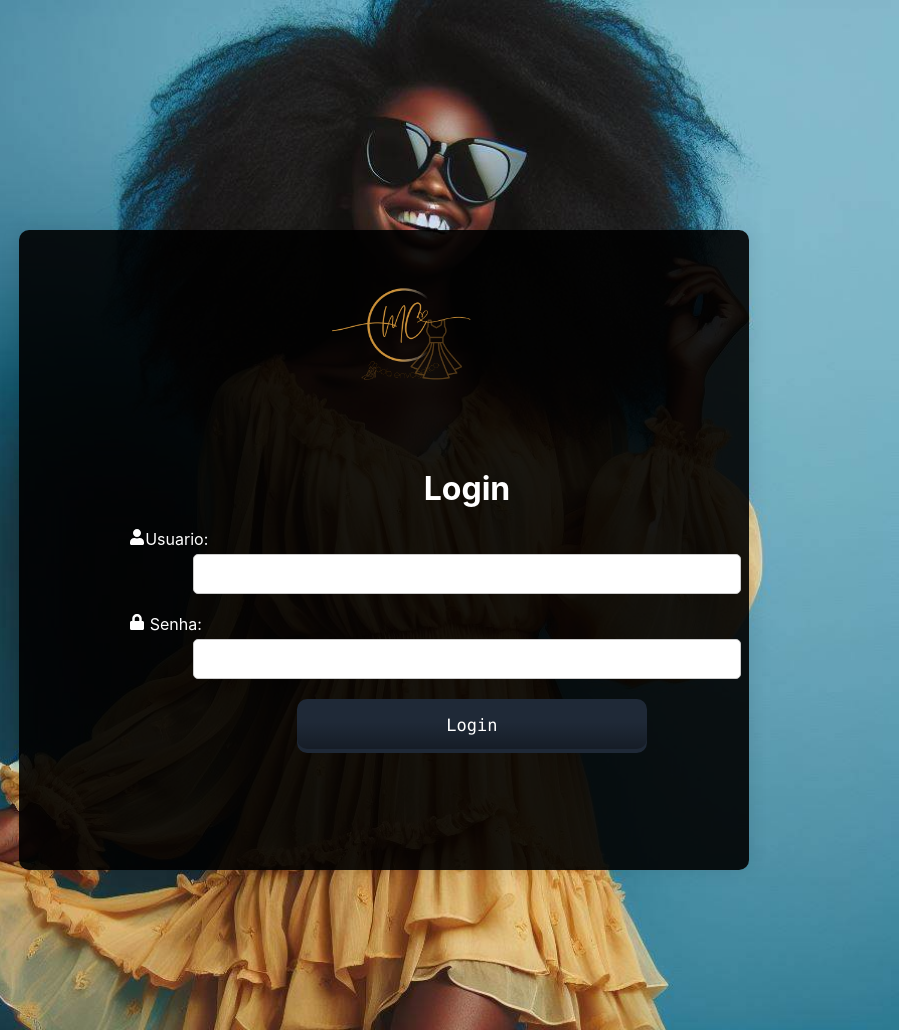
Repository: Mixchelle/ecommerce-moda-evangelica
Page: /login-admin
These files come from the project's save history. The page is drawn as it stood at one moment and after the next save; the edit follows.
The browser window is 768 px wide. The page is 915 px wide, then 817 px, so the pictures cover 915 px, including what lies to the right of the window. The pictures show the whole page.
The project was rebuilt for these pictures with package versions that can differ from the ones it lists, and the page was loaded fresh each time. Also part of the build but not shown: src/components/Header.js, src/components/CategoriesFilter.js, src/pages/Home.js, src/pages/Login.js, src/pages/Admin.js, src/pages/Cart.js.

Above is the page before, as saved 2024-04-29 22:31:48.

### src/App.js
import React from 'react';
import { BrowserRouter as Router, Routes, Route } from 'react-router-dom';
import './App.css';
import Home from './pages/Home';
import Login from './pages/Login';
import LoginAdmin from './pages/LoginAdmin';
import Admin from './pages/Admin';
import Cart from './pages/Cart';

function App() {
  return (
    <Router>
      <div className="App">
        <Routes>
          <Route exact path="/" element={<Home />} />
          <Route path="/login" element={<Login />} />
          <Route path="/login-admin" element={<LoginAdmin />} />
          <Route path="/admin" element={<Admin />} />
          <Route path="/cart" element={<Cart />} />
        </Routes>
      </div>
    </Router>
  );
}

export default App;

### src/pages/LoginAdmin.jsx
import React, { useState } from 'react';
import { FaUser, FaLock } from 'react-icons/fa';
import '../style/Login.css';
import logo from '../assets/logo-sem-fundo.png';

const LoginAdmin = () => {

    const [username, setUsername] = useState('');
    const [password, setPassword] = useState('');
    // Usando o hook useWebSocket para receber dados do WebSocket

    const handleSubmit = async (e) => {
      e.preventDefault();
      try {

      } catch (error) {

      }
    };


    return (
      <div className="login-container">
        <div className="image-container">
          <img src={logo} alt="Logo da Empresa" />
        </div>
        <div className="form-container">
          <h1>Login</h1>
          <form onSubmit={handleSubmit}>
            <div className="form-group">
              <label htmlFor="username">
                <FaUser />
                Usuario:
              </label>
              <input
                type="text"
                id="username"
                name="username"
                value={username}
                onChange={(e) => setUsername(e.target.value)}
              />
            </div>
            <div className="form-group">
              <label htmlFor="password">
                <FaLock /> Senha:
              </label>
              <input
                type="password"
                id="password"
                name="password"
                value={password}
                onChange={(e) => setPassword(e.target.value)}
              />
            </div>
            <button type="submit">
              <span className="transition"></span>
              <span className="gradient"></span>
              <span className="label">Login</span>
            </button>
          </form>
        </div>
      </div>
    );
  };

  export default LoginAdmin;

### src/style/Login.css
body {
  background-image: url('../assets/OIG2.3KeraQGUKquJ4o.jpeg');
  background-size: cover;
  background-repeat: no-repeat;
  background-position: center;
  height:100vh;
  margin: 0;
  padding: 0;
}

.login-container {
  margin-top: 15%;
  margin-bottom: auto;
  margin-left: auto;
  margin-right: auto;
  display: flex;
  width: 80%;
  justify-content: center;
  align-items: center;
  background-color: rgba(0, 0, 0, 0.9);
  border-radius: 10px;
  box-shadow: 0 0 20px rgba(0, 0, 0, 0.1);
}

.image-container {
  flex: 1;
}

.image-container img {
  max-width: 100%;
  flex: 1;
  padding: 20px;
}

.form-container {
  flex: 1;

  margin-right: 40px;
}

.form-container h1 {
  color: #fff;
  text-align: center;

}

.form-group {
  margin-bottom: 20px;
  text-align: center;
  color: #fff;
  justify-content: center;
}

.form-group label {
  display: block;
  margin-bottom: 5px;
  text-align: left;
  margin-left: 100px;
  color: #fff;
}

.form-group input {
  width: 60%;
  padding: 10px;
  font-size: 16px;
  border: 1px solid #ccc;
  border-radius: 5px;
  outline: none;

}

button {
  width: 40%;
  padding: 10px;
  font-size: 18px;
  color: #fff;
  background-color: #007bff; /* Azul moderno */
  border: none;
  border-radius: 5px;
  cursor: pointer;
  outline: none;
  transition: background-color 0.3s ease;
  margin-left: 10px;
}

button:hover {
  background-color: #0056b3; /* Azul mais escuro ao passar o mouse */
}

button {
  font-family: ui-monospace, SFMono-Regular, Menlo, Monaco, Consolas,
    'Liberation Mono', 'Courier New', monospace;
  font-size: 17px;
  padding: 1em 2.7em;
  font-weight: 500;
  background: #1f2937;
  color: white;
  border: none;
  position: relative;
  overflow: hidden;
  border-radius: 0.6em;
  cursor: pointer;
  text-align: center;
}

.gradient {
  position: absolute;
  width: 100%;
  height: 100%;
  left: 0;
  top: 0;
  border-radius: 0.6em;
  margin-top: -0.25em;
  background-image: linear-gradient(
    rgba(0, 0, 0, 0),
    rgba(0, 0, 0, 0),
    rgba(0, 0, 0, 0.3)
  );
}

.label {
  position: relative;
  top: -1px;
}

.transition {
  transition-timing-function: cubic-bezier(0, 0, 0.2, 1);
  transition-duration: 500ms;
  background-color: rgba(16, 185, 129, 0.6);
  border-radius: 9999px;
  width: 0;
  height: 0;
  position: absolute;
  left: 50%;
  top: 50%;
  transform: translate(-50%, -50%);
}

button:hover .transition {
  width: 14em;
  height: 14em;
}

button:active {
  transform: scale(0.97);
}

@media (max-width: 768px) {
  /* Para dispositivos com largura mínima de 768px (tablets e desktops) */
  .login-container {
    display: flex;
    flex-direction: column;
    height:80vh;
    width: 95%;
    margin-top: 30%;

  }

  .image-container {
    flex: 1;
    margin-bottom: 0;
    width: 150px;
  }

  .form-container {
    flex: 2;
width: 120%;
padding: 10px;
justify-content: center;
margin-left: auto;

  }
}

Loaded but not shown: public/index.html (common file); src/index.js (common file); src/index.css (common file); src/reportWebVitals.js (common file); src/App.css (common file)

After the next save:
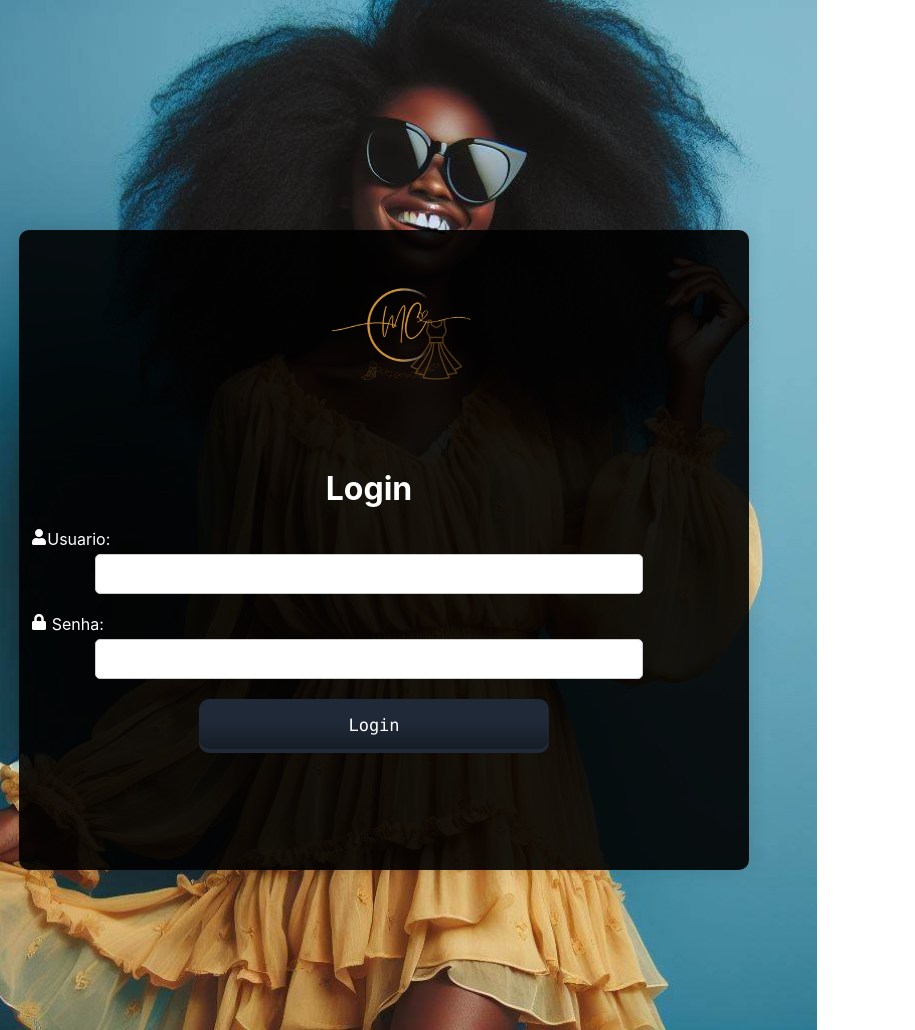
Saved 9 s later.
--- a/src/style/Login.css
+++ b/src/style/Login.css
@@ -167,7 +167,7 @@
 width: 120%;
 padding: 10px;
 justify-content: center;
-margin-left: auto;
+margin-left: 10px;
 
   }
 }
